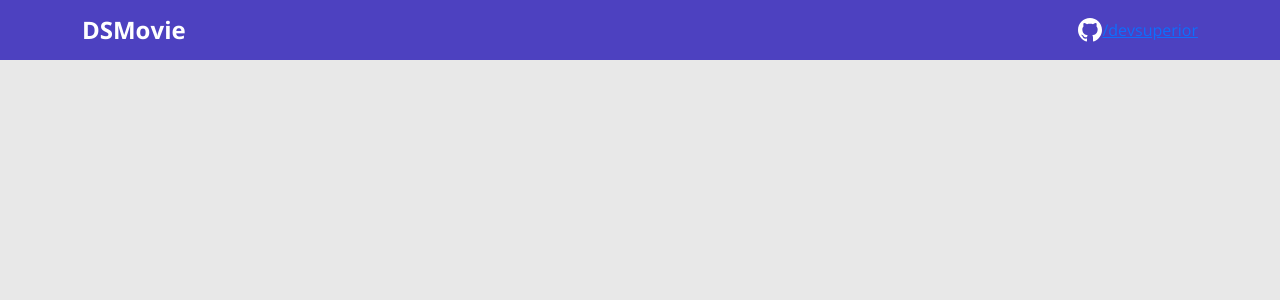
Repository: lcpsantos/dsmovie
Page: / (app in frontend/)
The author's editor kept a copy of each file at every save. The page is drawn from the files as they stood at one save, then again after the next save.
The browser window is 1280 px wide. The pictures show the whole page.
The project was rebuilt for these pictures with package versions that can differ from the ones it lists, and the page was loaded fresh each time.

Above is the page before, as saved 2022-03-12 22:08:12.

After the next save:
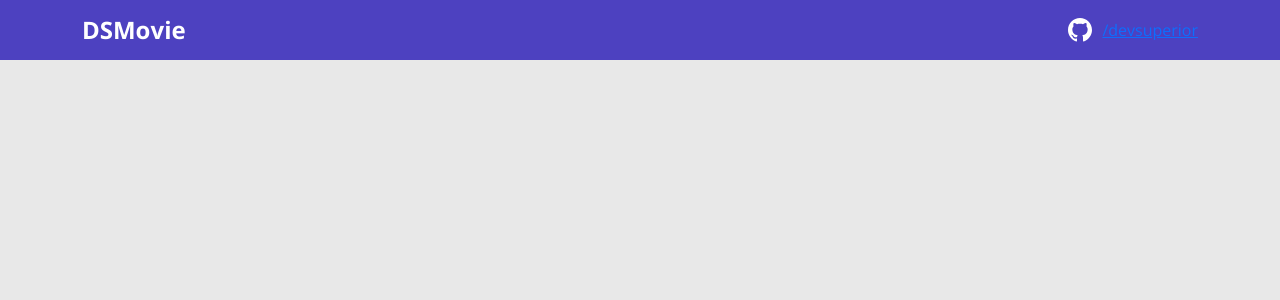
Saved 53 s later.
--- a/frontend/src/components/Navbar/styles.css
+++ b/frontend/src/components/Navbar/styles.css
@@ -23,5 +23,5 @@
 }
 
 .dsmovie-contact-link {
-  margin: 0;
+  margin: 0 0 0 10px;
 }
